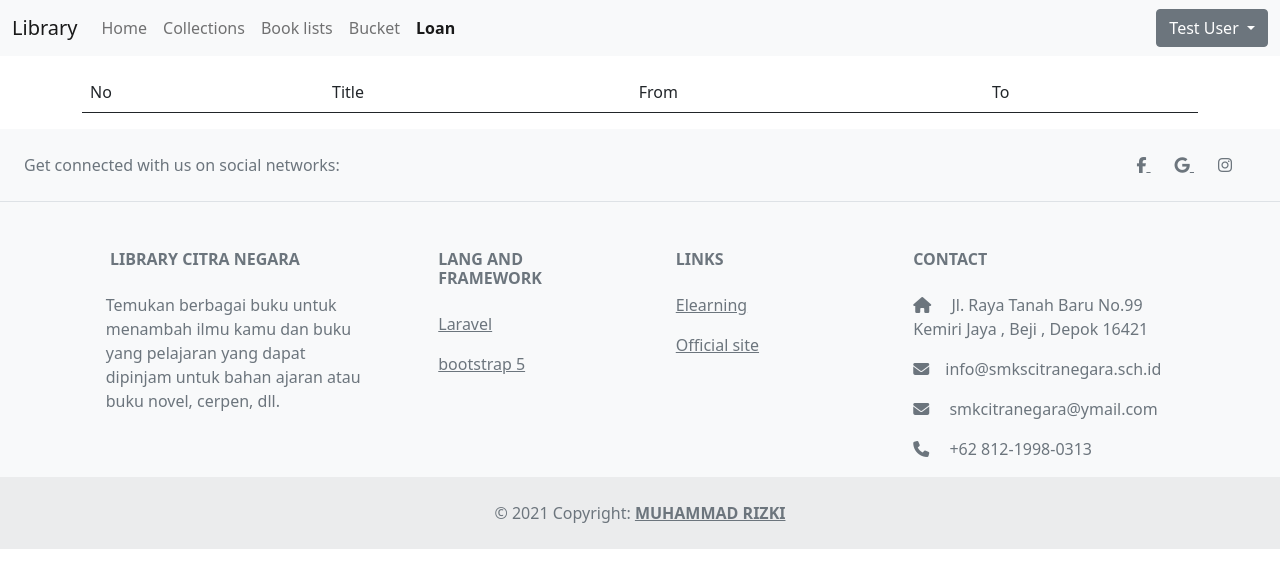
Repository: humanrizki/app-perpus-laravel-8
Page: http://localhost/loan
An editor plug-in stored every save of this project. The page is shown before and after the next save, followed by the edit.
The browser window is 1280 px wide. The pictures show the whole page.
Some web libraries are served in a nearby version. The page is served by the project's Laravel application, run on PHP 8.4 with Laravel 8. A made-up administrator, Test User (test@example.com), is signed in. Other server files are loaded and not shown. Queries for data that is not in the repository find no rows.

Above is the page before, as saved 2021-12-01 15:34:22.

### routes/web.php
<?php

use App\Http\Controllers\BucketController;
use App\Http\Controllers\CollectionController;
use App\Http\Controllers\ListsController;
use App\Http\Controllers\LoanController;
use App\Http\Controllers\ProfileController;
use Illuminate\Support\Facades\Route;

/*
|--------------------------------------------------------------------------
| Web Routes
|--------------------------------------------------------------------------
|
| Here is where you can register web routes for your application. These
| routes are loaded by the RouteServiceProvider within a group which
| contains the "web" middleware group. Now create something great!
|
*/

Route::get('/', function () {
    return view('welcome');
});

Auth::routes();

Route::get('/home', [App\Http\Controllers\HomeController::class, 'index'])->name('home');
Route::get('/collections',[CollectionController::class,'index'])->name('collections');
Route::get('/collections/{collection:slug}',[CollectionController::class,'show']);
Route::get('/lists',[ListsController::class,'index'])->name('lists');
Route::get('/lists/{list:slug}',[ListsController::class,'show']);
Route::post('/lists/{list:slug}',[ListsController::class,'store']);
Route::get('/profile',[ProfileController::class,'index'])->name('profile');
Route::get('/profile/{user:username}/edit',[ProfileController::class,'show']);
Route::post('/profile/{user:username}/edit',[ProfileController::class,'update']);
Route::get('/bucket',[BucketController::class,'index'])->name('bucket');
Route::delete('/bucket/{bucket:id}',[BucketController::class,'destroy']);
Route::get('/bucket/{bucket:slug}',[BucketController::class,'show']);
Route::post('/bucket/{bucket:slug}',[BucketController::class,'store']);
Route::get('/loan',[LoanController::class,'index'])->name('loan');

### app/Models/User.php
<?php

namespace App\Models;

use Illuminate\Contracts\Auth\MustVerifyEmail;
use Illuminate\Database\Eloquent\Factories\HasFactory;
use Illuminate\Foundation\Auth\User as Authenticatable;
use Illuminate\Notifications\Notifiable;
use Laravel\Sanctum\HasApiTokens;

class User extends Authenticatable
{
    use HasApiTokens, HasFactory, Notifiable;

    /**
     * The attributes that are mass assignable.
     *
     * @var string[]
     */
    // protected $fillable = [
    //     'name',
    //     'email',
    //     'password',
    // ];
    protected $guarded = ['id'];
    /**
     * The attributes that should be hidden for serialization.
     *
     * @var array
     */
    protected $hidden = [
        'password',
        'remember_token',
    ];

    /**
     * The attributes that should be cast.
     *
     * @var array
     */
    protected $casts = [
        'email_verified_at' => 'datetime',
    ];
}

### app/Http/Controllers/LoanController.php
<?php

namespace App\Http\Controllers;

use App\Models\LoanReport;
use Illuminate\Http\Request;

class LoanController extends Controller
{
    //
    /**
     * Class constructor.
     */
    public function __construct()
    {
        $this->middleware('auth');
    }
    public function index(){
        return view('loan.index',[
            'title'=>'Loan page',
            'loans'=>LoanReport::where('user_id',
                    auth()->user()->id)->get()
        ]);
    }
}

### app/Models/LoanReport.php
<?php

namespace App\Models;

use Illuminate\Database\Eloquent\Factories\HasFactory;
use Illuminate\Database\Eloquent\Model;

class LoanReport extends Model
{
    use HasFactory;
    protected $guarded = ['id'];
    public function book(){
        return $this->belongsTo(Book::class);
    }
    public function admin(){
        return $this->belongsTo(Admin::class);
    }
    public function user(){
        return $this->belongsTo(User::class);
    }
}

### resources/views/loan/index.blade.php
@extends('layouts.capp')
@section('content')
    <div class="container my-3">
        <table class="table table-striped">
            <thead>
                <tr>
                    <td>No</td>
                    <td>Title</td>
                    <td>From</td>
                    <td>To</td>
                </tr>
            </thead>
            <tbody>
                @foreach ($loans as $loan)
                    <tr>
                        <td>{{ $loop->iteration }}</td>
                        <td>{{ $loan->bucket->detail->title }}</td>
                        <td>{{ $loop->iteration }}</td>
                    </tr>
                @endforeach
            </tbody>
        </table>
    </div>
@endsection

### resources/views/layouts/capp.blade.php
<!doctype html>
<html lang="en">
  <head>
    <meta charset="utf-8" />
    <meta http-equiv="X-UA-Compatible" content="IE=edge,chrome=1" />
    <meta content='width=device-width, initial-scale=1.0, maximum-scale=1.0, user-scalable=0, shrink-to-fit=no' name='viewport' />
    <title>{{ $title }}</title>

    <!--     Fonts and icons     -->
    <link href="https://fonts.googleapis.com/css?family=Montserrat:400,700,200" rel="stylesheet" />
    <script src="https://kit.fontawesome.com/43727f9558.js" crossorigin="anonymous"></script>
    <style>
      *,body{
        margin: 0px;
        padding: 0px;
      }
    </style>
    @if (request()->is('home'))
        <link rel="stylesheet" href="css/home.css">
    @endif
    <link href="https://cdn.jsdelivr.net/npm/bootstrap@5.0.2/dist/css/bootstrap.min.css" rel="stylesheet" integrity="sha384-EVSTQN3/azprG1Anm3QDgpJLIm9Nao0Yz1ztcQTwFspd3yD65VohhpuuCOmLASjC" crossorigin="anonymous">
    {{-- <link rel="stylesheet" href="css/ul.css"> --}}
  </head>
  <body>
    @include('partials.header')
    @yield('content')
    @include('partials.footer')
    <!--   Core JS Files   -->
    <script src="https://cdn.jsdelivr.net/npm/bootstrap@5.0.2/dist/js/bootstrap.bundle.min.js" integrity="sha384-MrcW6ZMFYlzcLA8Nl+NtUVF0sA7MsXsP1UyJoMp4YLEuNSfAP+JcXn/tWtIaxVXM" crossorigin="anonymous"></script>
  </body>
</html>

### resources/views/partials/header.blade.php

<nav class="navbar navbar-expand-lg navbar-light bg-light">
    <div class="container-fluid">
      <a class="navbar-brand" href="/home">Library</a>
      <button class="navbar-toggler" type="button" data-bs-toggle="collapse" data-bs-target="#navbarSupportedContent" aria-controls="navbarSupportedContent" aria-expanded="false" aria-label="Toggle navigation">
        <span class="navbar-toggler-icon"></span>
      </button>
      <div class="collapse navbar-collapse" id="navbarSupportedContent">
        <ul class="navbar-nav me-auto mb-2 mb-lg-0">
          <li class="nav-item">
            <a class="nav-link {{ (request()->is('home')) ? 'active fw-bold':'';}}" aria-current="page" href="/home">Home</a>
          </li>
          <li class="nav-item ">
            <a class="nav-link {{ (request()->is('collections*')) ? 'active fw-bold':'';}}" href="/collections">Collections</a>
          </li>
          <li class="nav-item">
            <a class="nav-link {{ (request()->is('lists*')) ? 'active fw-bold':'';}}" href="/lists">Book lists</a>
          </li>
          <li class="nav-item">
            <a class="nav-link {{ (request()->is('bucket*')) ? 'active fw-bold':'';}}" href="/bucket">Bucket</a>
          </li>
          <li class="nav-item">
            <a class="nav-link {{ (request()->is('loan*')) ? 'active fw-bold':'';}}" href="/loan">Loan</a>
          </li>
        </ul>
        @auth
        <div class="dropdown">
          <button class="btn btn-secondary dropdown-toggle" type="button" id="dropdownMenuButton1" data-bs-toggle="dropdown" aria-expanded="false">
            {{ auth()->user()->name }}
          </button>
          <ul class="dropdown-menu" aria-labelledby="dropdownMenuButton1">
            <li><a class="dropdown-item" href="/profile">Profile</a></li>
            <form action="/logout" method="POST">
              @csrf
              <li class="dropdown-item"><button class="btn btn-danger w-100" type="submit">Logout</button></li>
            </form>
          </ul>
        </div>
        @else
        <div class="container-login">
            <a href="/login" class="btn btn-success">Login</a>
        </div>
        @endauth
      </div>
    </div>
  </nav>

### resources/views/partials/footer.blade.php
<footer class="text-center text-lg-start bg-light text-muted">
    <!-- Section: Social media -->
    <section
      class="d-flex justify-content-center justify-content-lg-between p-4 border-bottom"
    >
      <!-- Left -->
      <div class="me-5 d-none d-lg-block">
        <span>Get connected with us on social networks:</span>
      </div>
      <!-- Left -->

      <!-- Right -->
      <div>
        <a href="https://facebook.com/smkcitranegaraofficial" class="me-4 text-reset">
          <i class="fab fa-facebook-f"></i>
        </a>

        <a href="https://sekolah.data.kemdikbud.go.id/index.php/chome/profil/a3b930a7-c409-426b-a5ab-7aaed2a25c9f" class="me-4 text-reset">
          <i class="fab fa-google"></i>
        </a>
        <a href="https://instagram.com/smkcitranegaradepok/" class="me-4 text-reset">
          <i class="fab fa-instagram"></i>
        </a>

      </div>
      <!-- Right -->
    </section>
    <!-- Section: Social media -->

    <!-- Section: Links  -->
    <section class="">
      <div class="container text-center text-md-start mt-5">
        <!-- Grid row -->
        <div class="row mt-3">
          <!-- Grid column -->
          <div class="col-md-3 col-lg-4 col-xl-3 mx-auto mb-4">
            <!-- Content -->
            <h6 class="text-uppercase fw-bold mb-4">
              <img src="img/logo.png" alt="" width="50"> Library Citra Negara
            </h6>
            <p>
              Temukan berbagai buku untuk menambah ilmu kamu dan buku yang pelajaran
              yang dapat dipinjam untuk bahan ajaran atau buku novel, cerpen, dll.
            </p>
          </div>
          <!-- Grid column -->

          <!-- Grid column -->
          <div class="col-md-2 col-lg-2 col-xl-2 mx-auto mb-4">
            <!-- Links -->
            <h6 class="text-uppercase fw-bold mb-4">
              Lang and Framework
            </h6>
            <p>
              <a href="https://laravel.com" class="text-reset">Laravel</a>
            </p>
            <p>
              <a href="https://getbootstrap.com" class="text-reset">bootstrap 5</a>
            </p>

          </div>
          <!-- Grid column -->

          <!-- Grid column -->
          <div class="col-md-3 col-lg-2 col-xl-2 mx-auto mb-4">
            <!-- Links -->
            <h6 class="text-uppercase fw-bold mb-4">
             links
            </h6>
            <p>
              <a href="http://smkcitranegara.sch.id" class="text-reset">Elearning</a>
            </p>
            <p>
              <a href="https://smkscitranegara.sch.id" class="text-reset">Official site</a>
            </p>
          </div>
          <!-- Grid column -->

          <!-- Grid column -->
          <div class="col-md-4 col-lg-3 col-xl-3 mx-auto mb-md-0 mb-4">
            <!-- Links -->
            <h6 class="text-uppercase fw-bold mb-4">
              Contact
            </h6>
            <p><i class="fas fa-home me-3"></i> Jl. Raya Tanah Baru No.99 Kemiri Jaya , Beji , Depok 16421</p>

                        <p><i class="fas fa-envelope me-3"></i>info@smkscitranegara.sch.id</p>
                    <p><i class="fas fa-envelope me-3"></i>
                    smkcitranegara@ymail.com</p>
            <p><i class="fas fa-phone me-3"></i> +62 812-1998-0313</p>
          </div>
          <!-- Grid column -->
        </div>
        <!-- Grid row -->
      </div>
    </section>
    <!-- Section: Links  -->

    <!-- Copyright -->
    <div class="text-center p-4" style="background-color: rgba(0, 0, 0, 0.05);">
      © 2021 Copyright:
      <a class="text-reset fw-bold" href="https://instagram.com/m.rizki_array">MUHAMMAD RIZKI</a>
    </div>
    <!-- Copyright -->
  </footer>
  <!-- Footer -->

### resources/views/errors/404.blade.php
<!DOCTYPE html>
<html lang="en">
<head>
    <meta charset="UTF-8">
    <meta name="viewport" content="width=device-width, initial-scale=1.0">
    <meta http-equiv="X-UA-Compatible" content="ie=edge">
    <link rel="stylesheet" href="/css/sb-admin-2.min.css">
    <title>404 - Page not found</title>
</head>
<body>
    <div class="container-fluid d-flex align-items-center justify-content-center" style="height: 100vh;">
        <!-- 404 Error Text -->
        <div class="text-center">
            <div class="error mx-auto" data-text="404">404</div>
            <p class="lead text-gray-800 mb-5">Page Not Found</p>
            <p class="text-gray-500 mb-0">It looks like you found an error in the search...</p>
            <a href="/">&larr; Back to Home</a>
        </div>

    </div>
</body>
</html>

Loaded but not shown: app/Providers/AppServiceProvider.php (common file); app/Http/Controllers/Auth/ConfirmPasswordController.php (common file); app/Http/Controllers/Controller.php (common file)

After the next save:
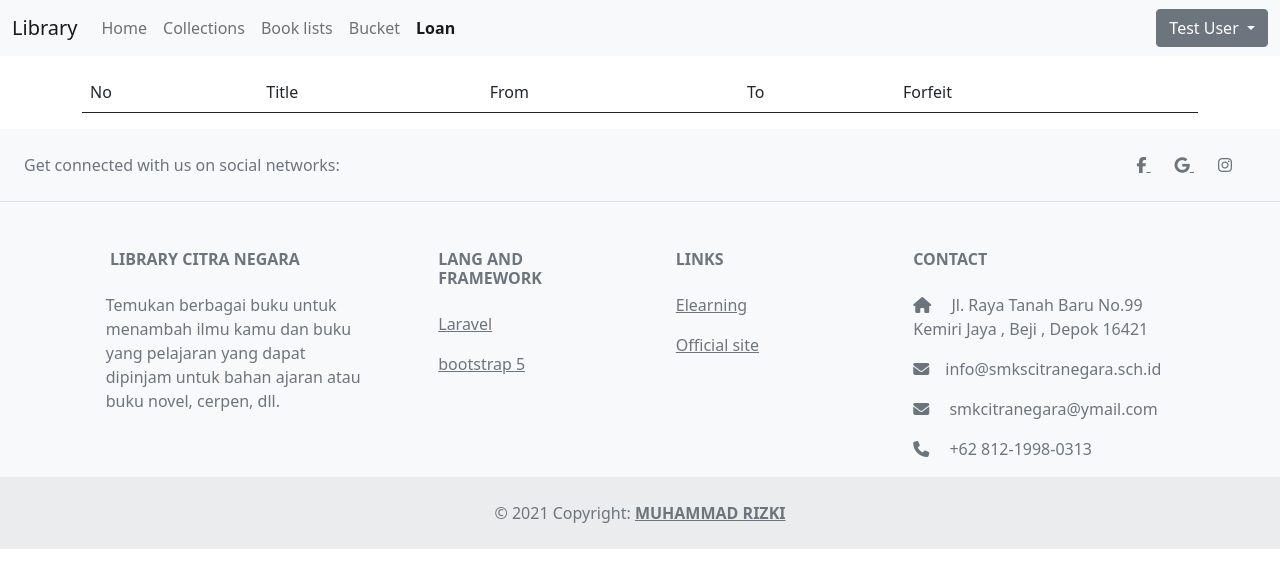
Saved 31 s later.
--- a/resources/views/loan/index.blade.php
+++ b/resources/views/loan/index.blade.php
@@ -8,6 +8,7 @@
                     <td>Title</td>
                     <td>From</td>
                     <td>To</td>
+                    <td>Forfeit</td>
                 </tr>
             </thead>
             <tbody>
@@ -15,7 +16,9 @@
                     <tr>
                         <td>{{ $loop->iteration }}</td>
                         <td>{{ $loan->bucket->detail->title }}</td>
-                        <td>{{ $loop->iteration }}</td>
+                        <td>{{ $loan->loan_date }}</td>
+                        <td>{{ $loan->return_date }}</td>
+                        <td>{{ $loan->forfeit }}</td>
                     </tr>
                 @endforeach
             </tbody>
